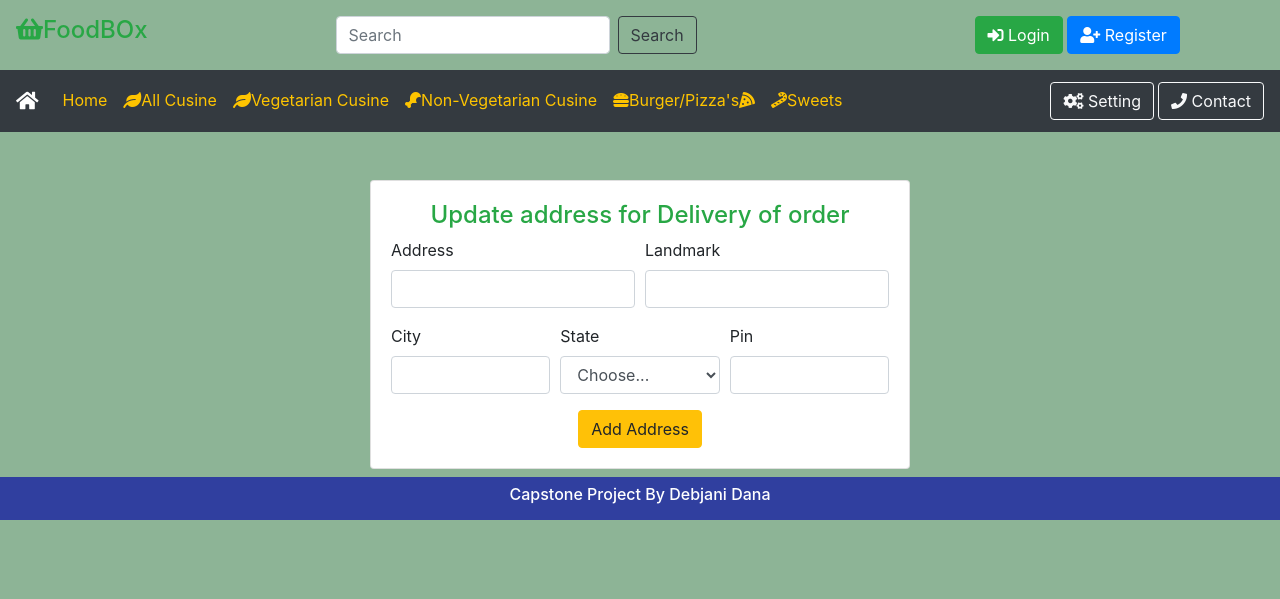
Repository: debjaniprofessional32/Capstone-Final-FoodBox-Delivery-Project
Page: http://localhost/OnlinFoodBOX/useraddress.jsp
An editor plug-in stored every save of this project. The page is shown before and after the next save, followed by the edit.
The browser window is 1280 px wide. The pictures show the whole page.
Some web libraries are served in a nearby version. The page is served by Tomcat 9.

Above is the page before, as saved 2022-12-23 12:12:26.

After the next save:
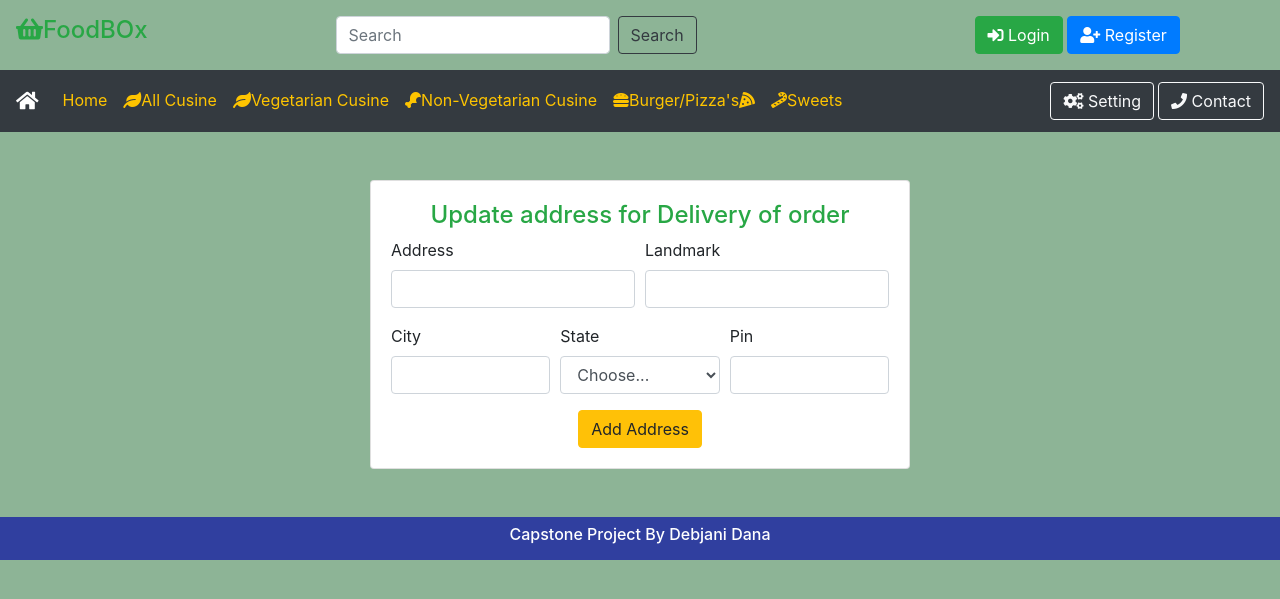
Saved 27 s later.
--- a/OnlinFoodBOX/src/main/webapp/useraddress.jsp
+++ b/OnlinFoodBOX/src/main/webapp/useraddress.jsp
@@ -10,9 +10,9 @@
 </head>
 <body style="background-color:#8DB496 ">
 <%@include file="all_Component/navbar.jsp"%>
-<div class="container">
+<div class="container mb-5">
 <div class="row">
-<div class="col-md-6 offset-md-3 mt-5 mb-6">
+<div class="col-md-6 offset-md-3 mt-5 ">
 <div class="card">
 
 <div class="card-body">
